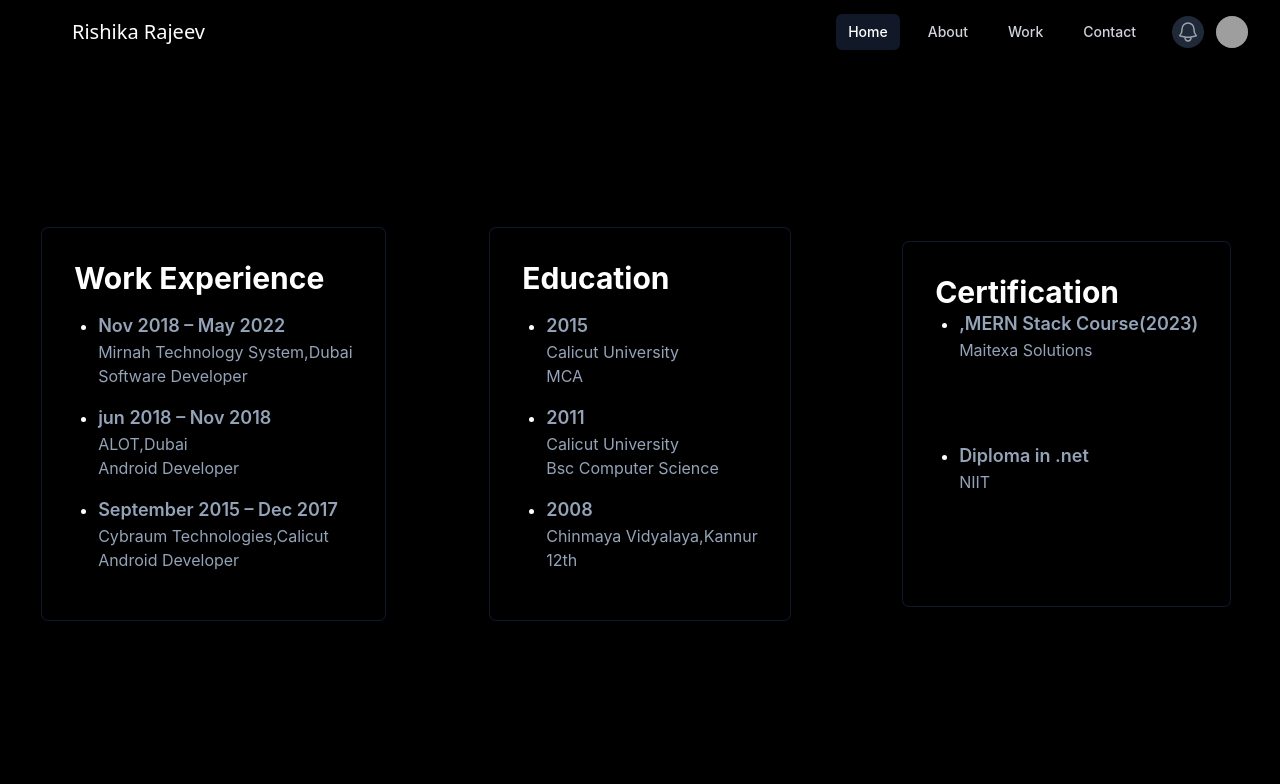
Repository: rishikarajeev/portfolio_rishika
Page: /about
An editor plug-in stored every save of this project. The page is shown before and after the next save, followed by the edit.
The browser window is 1280 px wide. The pictures show the whole page.
Pictures or frames that could not be fetched are drawn as grey boxes. The project was rebuilt for these pictures with package versions that can differ from the ones it lists, and the page was loaded fresh each time. Also part of the build but not shown: src/Pages/Home.jsx, src/Pages/Contact.jsx, src/Components/Work.jsx, src/Components/Project.jsx, src/Pages/Mywork.jsx.

Above is the page before, as saved 2023-10-23 18:55:55.

### src/Components/Nav/Nav.jsx
import React from 'react'

function Nav() {
  return (
    <div><nav class="dark:bg-black">
    <div class="mx-auto max-w-7xl px-2 sm:px-6 lg:px-8">
      <div class="relative flex h-16 items-center justify-between">
      <div class="absolute inset-y-0 left-7 flex items-center ">

      <a href="#" class=" text-white  px-3 py-2 text-xl font-medium font-sans" aria-current="page">Rishika Rajeev</a>
        </div>
        <div class="absolute inset-y-0 left-0 flex items-center sm:hidden">

          <button type="button" class="relative inline-flex items-center justify-center rounded-md p-2 text-gray-400 hover:bg-gray-700 hover:text-white focus:outline-none focus:ring-2 focus:ring-inset focus:ring-white" aria-controls="mobile-menu" aria-expanded="false">
            <span class="absolute -inset-0.5"></span>
            <span class="sr-only">Open main menu</span>

            <svg class="block h-6 w-6" fill="none" viewBox="0 0 24 24" stroke-width="1.5" stroke="currentColor" aria-hidden="true">
              <path stroke-linecap="round" stroke-linejoin="round" d="M3.75 6.75h16.5M3.75 12h16.5m-16.5 5.25h16.5" />
            </svg>

            <svg class="hidden h-6 w-6" fill="none" viewBox="0 0 24 24" stroke-width="1.5" stroke="currentColor" aria-hidden="true">
              <path stroke-linecap="round" stroke-linejoin="round" d="M6 18L18 6M6 6l12 12" />
            </svg>
          </button>
        </div>
        <div class="flex flex-1 items-center justify-end sm:items-stretch sm:justify-end">
          {/* <div class="flex flex-shrink-0 items-center">
            <img class="h-8 w-auto" src="https://tailwindui.com/img/logos/mark.svg?color=indigo&shade=500" alt="Your Company"/>
          </div> */}
          <div class="hidden sm:ml-6 sm:block ">
            <div class="flex space-x-4 ">

              <a href="/" class="bg-gray-900 text-white rounded-md px-3 py-2 text-sm font-medium" >Home</a>
              <a href="/about" class="text-gray-300 hover:bg-gray-700 hover:text-white rounded-md px-3 py-2 text-sm font-medium">About</a>
              <a href="/work" class="text-gray-300 hover:bg-gray-700 hover:text-white rounded-md px-3 py-2 text-sm font-medium">Work</a>
              <a href="/contact" class="text-gray-300 hover:bg-gray-700 hover:text-white rounded-md px-3 py-2 text-sm font-medium">Contact</a>
            </div>
          </div>
        </div>
        <div class="absolute inset-y-0 right-0 flex items-center pr-2 sm:static sm:inset-auto sm:ml-6 sm:pr-0">
          <button type="button" class="relative rounded-full bg-gray-800 p-1 text-gray-400 hover:text-white focus:outline-none focus:ring-2 focus:ring-white focus:ring-offset-2 focus:ring-offset-gray-800">
            <span class="absolute -inset-1.5"></span>
            <span class="sr-only">View notifications</span>
            <svg class="h-6 w-6" fill="none" viewBox="0 0 24 24" stroke-width="1.5" stroke="currentColor" aria-hidden="true">
              <path stroke-linecap="round" stroke-linejoin="round" d="M14.857 17.082a23.848 23.848 0 005.454-1.31A8.967 8.967 0 0118 9.75v-.7V9A6 6 0 006 9v.75a8.967 8.967 0 01-2.312 6.022c1.733.64 3.56 1.085 5.455 1.31m5.714 0a24.255 24.255 0 01-5.714 0m5.714 0a3 3 0 11-5.714 0" />
            </svg>
          </button>


          <div class="relative ml-3">
            <div>
              <button type="button" class="relative flex rounded-full bg-gray-800 text-sm focus:outline-none focus:ring-2 focus:ring-white focus:ring-offset-2 focus:ring-offset-gray-800" id="user-menu-button" aria-expanded="false" aria-haspopup="true">
                <span class="absolute -inset-1.5"></span>
                <span class="sr-only">Open user menu</span>
                <img class="h-8 w-8 rounded-full" src="../../Images/WhatsApp Image 2023-10-03 at 11.58.19 AM.jpeg" alt=""/>
              </button>
            </div>

          </div>
        </div>
      </div>
    </div>


    <div class="sm:hidden" id="mobile-menu">
      <div class="space-y-1 px-2 pb-3 pt-2">

        <a href="/" class="bg-gray-900 text-white block rounded-md px-3 py-2 text-base font-medium" aria-current="page">Home</a>
        <a href="/about" class="text-gray-300 hover:bg-gray-700 hover:text-white block rounded-md px-3 py-2 text-base font-medium">About</a>
        <a href="/work" class="text-gray-300 hover:bg-gray-700 hover:text-white block rounded-md px-3 py-2 text-base font-medium">Work</a>
        <a href="/contact" class="text-gray-300 hover:bg-gray-700 hover:text-white block rounded-md px-3 py-2 text-base font-medium">Contact</a>
      </div>
    </div>
  </nav>
  </div>
  )
}

export default Nav

### src/Pages/About.jsx

import React from 'react';
import Nav from '../Components/Nav/Nav';


const AboutPage = () => {

  const experiences = [
    { year: 'Nov 2018 – May 2022', company: 'Mirnah Technology System,Dubai', designation: 'Software Developer' },
    { year: 'jun 2018 – Nov 2018', company: 'ALOT,Dubai', designation: 'Android Developer' },
    { year: 'September 2015 – Dec 2017', company: 'Cybraum Technologies,Calicut', designation: 'Android Developer' },
    // Add more experiences as needed
  ];
  const education_experiences = [
    { year: '2015', College: 'Calicut University',  degree: 'MCA' },
    { year: '2011', College: 'Calicut University', degree: 'Bsc Computer Science' },
    { year: '2008', College: 'Chinmaya Vidyalaya,Kannur', degree: '12th' },
    // Add more experiences as needed
  ];
  const certification = [
    {  Institute: 'Maitexa Solutions', course: ',MERN Stack Course(2023)' },
    {  Institute: 'NIIT',  course: 'Diploma in .net' },
    // Add more experiences as needed
  ];
  return (
    <div class="dark dark:bg-black ">
      <Nav/>
      <div class="">
        <div class="grid grid-cols-1 md:grid-cols-2 lg:grid-cols-3 ">
          <div className=''>
          <div className="dark:dark:bg-black min-h-screen flex items-center justify-center">
      <div className="max-w-2xl p-8 bg-black  text-white shadow-md rounded-md ring-1 ring-slate-900 ">
        <h1 className="text-3xl font-bold text-white mb-4">Work Experience</h1>
        <ul className="list-disc pl-6">
          {experiences.map((experience, index) => (
            <li key={index} className="mb-4">
              <div className="text-lg  dark:text-slate-400 font-semibold">{experience.year}</div>
              <div className="text-gray-700  dark:text-slate-400">{experience.company}</div>
              <div className="text-gray-600  dark:text-slate-400">{experience.designation}</div>
            </li>
          ))}
        </ul>
      </div>
      </div>

          </div>


          <div className=''>
      <div className="dark:dark:bg-black min-h-screen flex items-center justify-center">
      <div className="max-w-2xl p-8 bg-black  text-white shadow-md rounded-md ring-1 ring-slate-900 ">
        <h1 className="text-3xl font-bold text-white mb-4 ">Education</h1>
        <ul className="list-disc pl-6">
          {education_experiences.map((experience, index) => (
            <li key={index} className="mb-4">
              <div className="text-lg  dark:text-slate-400 font-semibold">{experience.year}</div>
              <div className="text-gray-700  dark:text-slate-400">{experience.College}</div>
              <div className="text-gray-600  dark:text-slate-400">{experience.degree}</div>
            </li>
          ))}
        </ul>
      </div>
      </div>
      </div>
      <div className=''>
          <div className="dark:dark:bg-black min-h-screen flex items-center justify-center">
      <div className="max-w-2xl p-8 bg-black  text-white shadow-md rounded-md ring-1 ring-slate-900 ">
        <h1 className="text-3xl font-bold text-white gap4">Certification</h1>
        <ul className="list-disc pl-6">
          {certification.map((certification, index) => (
            <li key={index} className="mb-2">
              <div className="text-lg  dark:text-slate-400 font-semibold">{certification.course}</div>
              <div className="text-gray-700  dark:text-slate-400">{certification.Institute}</div>
              <div className="text-black">sss</div>
              <div className="text-black">ss</div>
              <div className="text-black">sss</div>

            </li>
          ))}
        </ul>
      </div>
      </div>

          </div>
      </div>
      </div>

</div>
  );
};

export default AboutPage;

### tailwind.config.js
/** @type {import('tailwindcss').Config} */
module.exports = {
  content: ["./src/**/*.{html,js,jsx}"],
  theme: {
    extend: {},
  },
  darkMode: 'class',
  plugins: [],
}

Loaded but not shown: public/index.html (common file); src/index.js (common file); src/index.css (common file); src/App.js (common file); src/reportWebVitals.js (common file); src/App.css (common file)

After the next save:
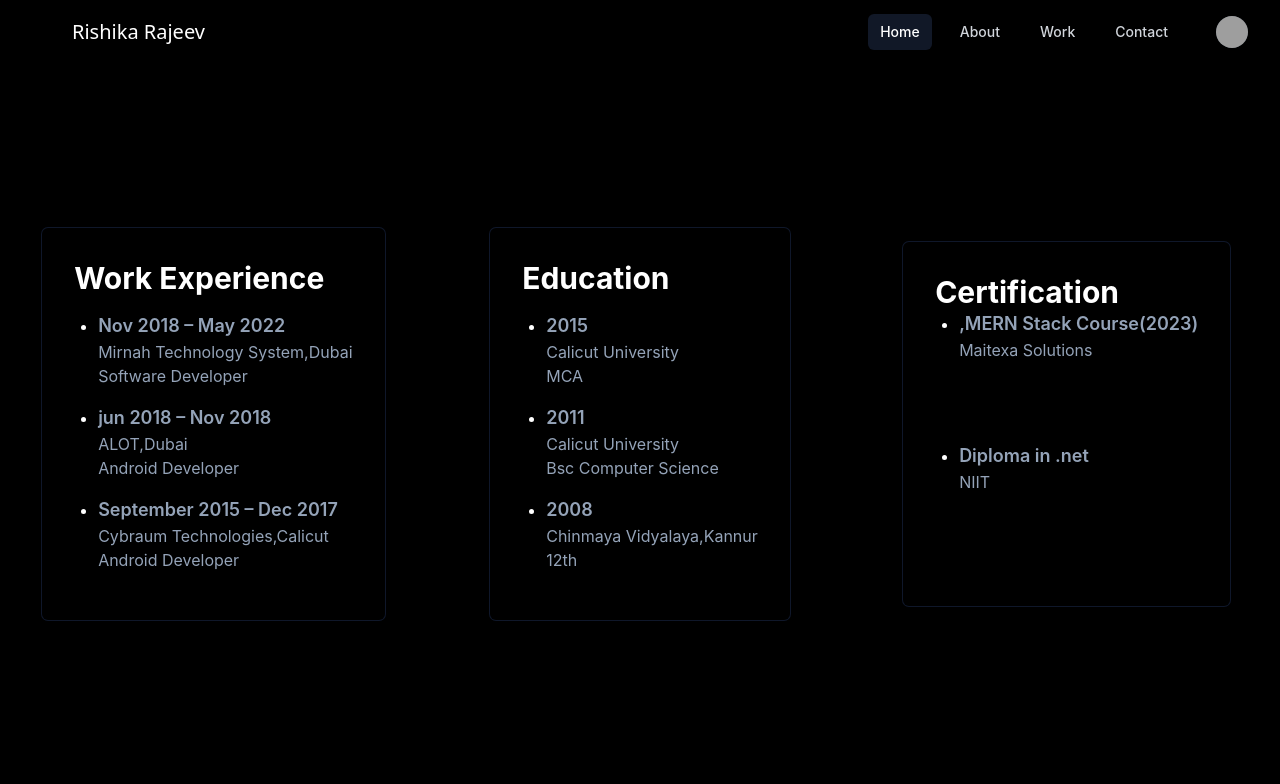
Saved 55 s later.
--- a/src/Components/Nav/Nav.jsx
+++ b/src/Components/Nav/Nav.jsx
@@ -39,13 +39,13 @@ function Nav() {
           </div>
         </div>
         <div class="absolute inset-y-0 right-0 flex items-center pr-2 sm:static sm:inset-auto sm:ml-6 sm:pr-0">
-          <button type="button" class="relative rounded-full bg-gray-800 p-1 text-gray-400 hover:text-white focus:outline-none focus:ring-2 focus:ring-white focus:ring-offset-2 focus:ring-offset-gray-800">
+          {/* <button type="button" class="relative rounded-full bg-gray-800 p-1 text-gray-400 hover:text-white focus:outline-none focus:ring-2 focus:ring-white focus:ring-offset-2 focus:ring-offset-gray-800">
             <span class="absolute -inset-1.5"></span>
             <span class="sr-only">View notifications</span>
             <svg class="h-6 w-6" fill="none" viewBox="0 0 24 24" stroke-width="1.5" stroke="currentColor" aria-hidden="true">
               <path stroke-linecap="round" stroke-linejoin="round" d="M14.857 17.082a23.848 23.848 0 005.454-1.31A8.967 8.967 0 0118 9.75v-.7V9A6 6 0 006 9v.75a8.967 8.967 0 01-2.312 6.022c1.733.64 3.56 1.085 5.455 1.31m5.714 0a24.255 24.255 0 01-5.714 0m5.714 0a3 3 0 11-5.714 0" />
             </svg>
-          </button>
+          </button> */}
 
 
           <div class="relative ml-3">
